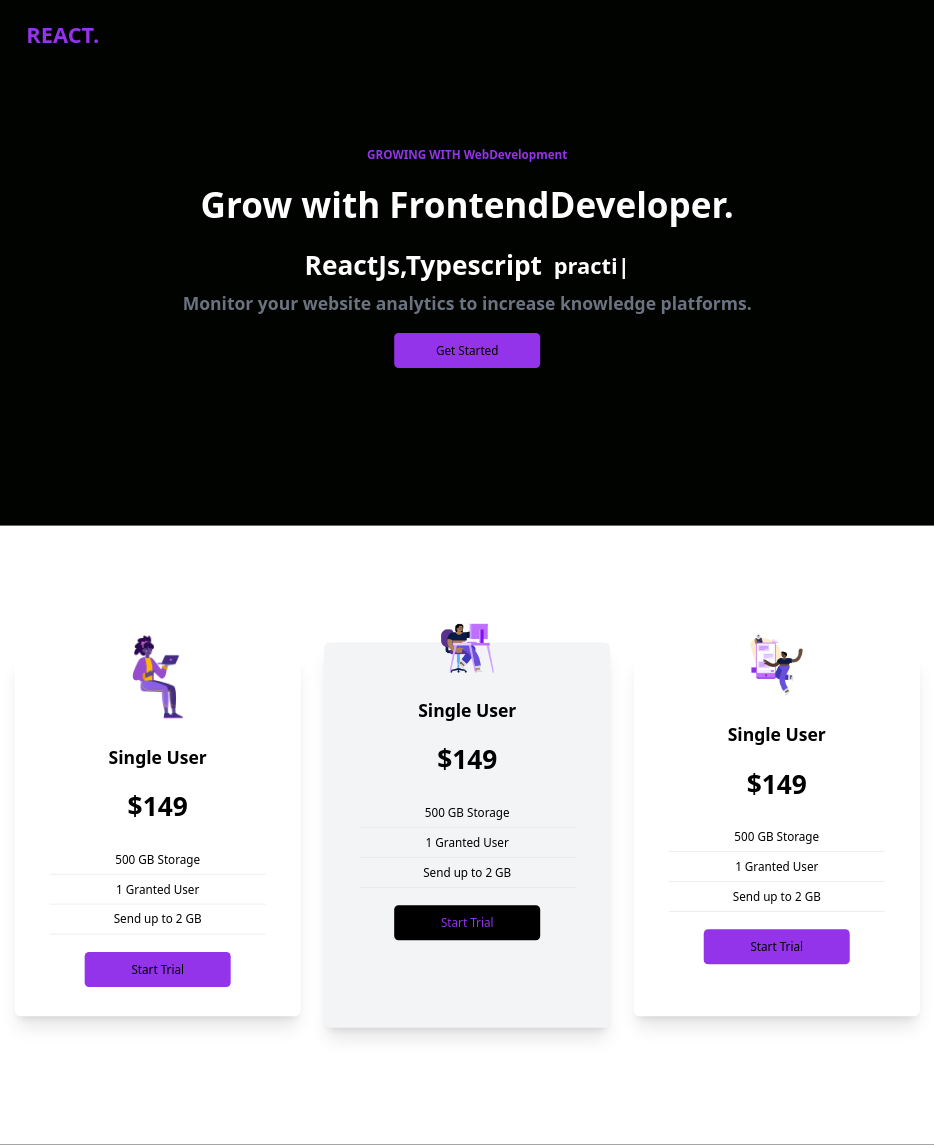
Repository: OmniaRafat232111121/tailwindreact
Page: /
The author's editor kept a copy of each file at every save. The page is drawn from the files as they stood at one save, then again after a run of saves.
The browser window is 1280 px wide. The pictures show the whole page, at 73% of full size.
The project was rebuilt for these pictures with package versions that can differ from the ones it lists, and the page was loaded fresh each time.

Above is the page before, as saved 2022-09-11 13:21:10.

After the next 4 saves:
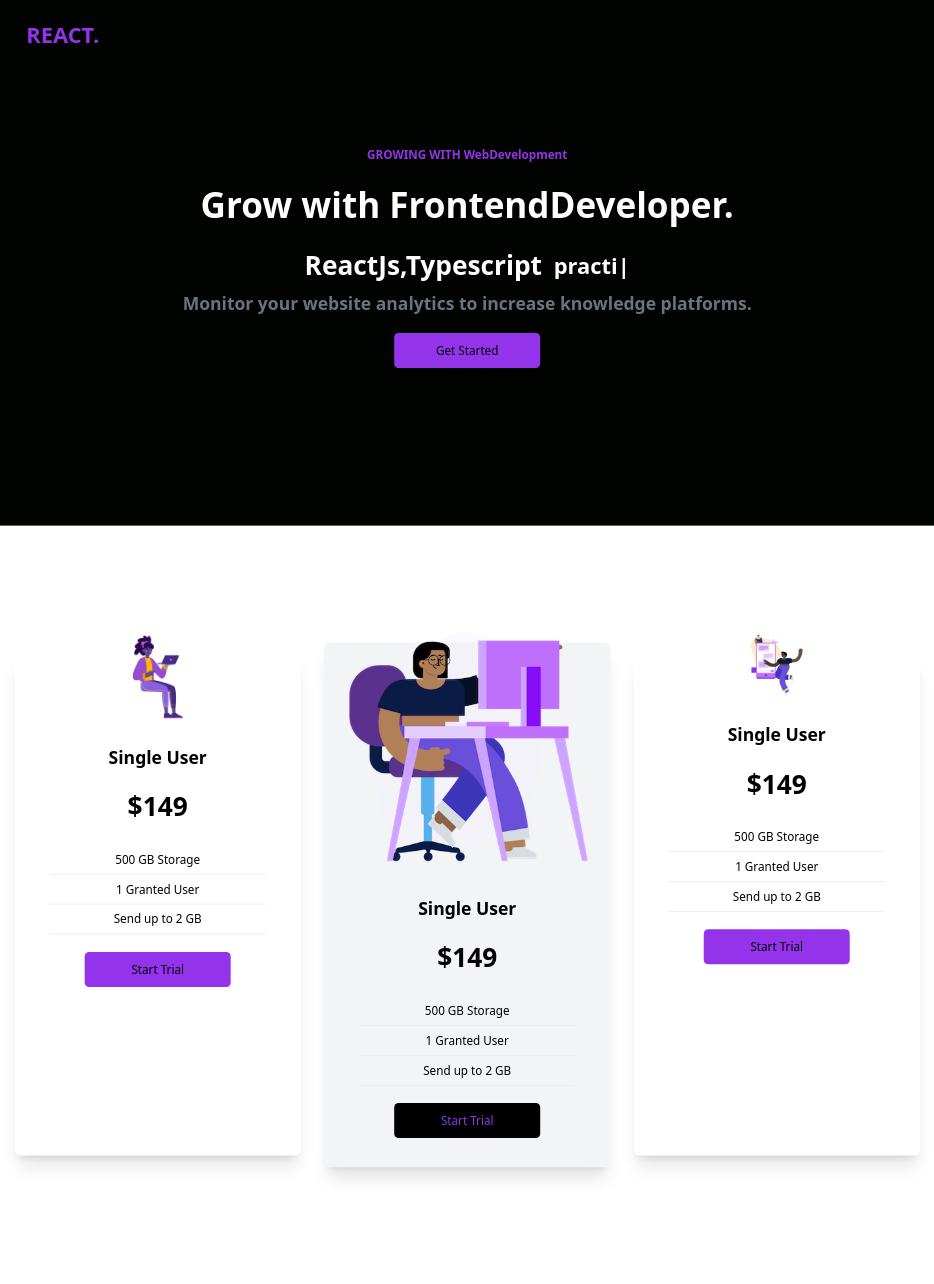
The 4 saves are shown as one change because they came seconds apart.
The last was saved 75 s later.
--- a/src/components/Cards.jsx
+++ b/src/components/Cards.jsx
@@ -19,7 +19,7 @@ const Cards = () => {
               <button className='bg-purple-600 w-[200px] rounded-md font-medium my-6 mx-auto px-6 py-3'>Start Trial</button>
           </div>
           <div className='w-full shadow-xl bg-gray-100 flex flex-col p-4 md:my-0 my-8 rounded-lg hover:scale-105 duration-300'>
-              <img className='w-20 mx-auto mt-[-3rem] bg-transparent' src={Double} alt="/" />
+              <img className=' w-30 mx-auto mt-[-3rem] bg-transparent' src={Double} alt="/" />
               <h2 className='text-2xl font-bold text-center py-8'>Single User</h2>
               <p className='text-center text-4xl font-bold'>$149</p>
               <div className='text-center font-medium'>
